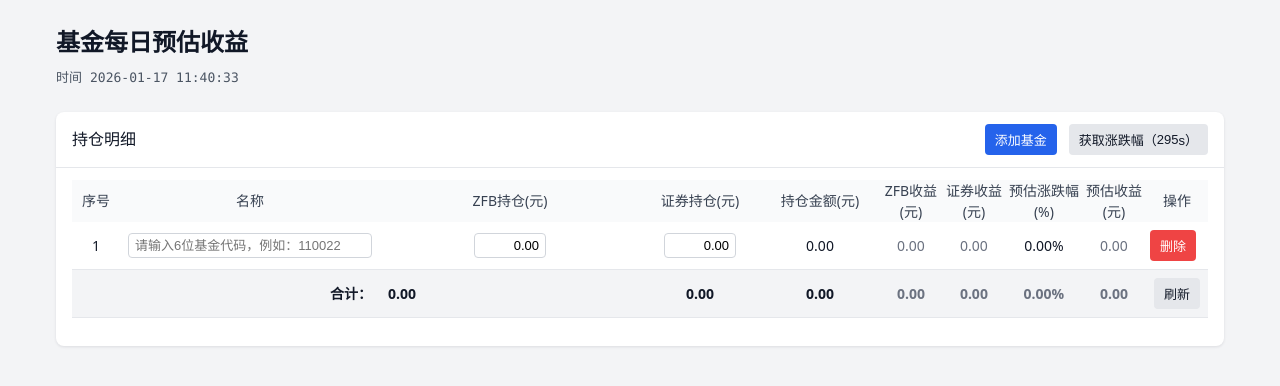
Repository: zt-boom/finance
Page: index.html
These files come from the project's save history. The page is drawn as it stood at one moment and after the next save; the edit follows.
The browser window is 1280 px wide. The pictures show the whole page.

Above is the page before, as saved 2026-01-17 15:39:53.

### index.html
<!DOCTYPE html>
<html lang="zh-CN">
<head>
<meta charset="UTF-8">
<title>基金每日预估收益</title>
<meta name="viewport" content="width=device-width,initial-scale=1">
<link rel="stylesheet" href="./style.css">
</head>
<body>
<div class="app">
<header class="app-header">
<h1>基金每日预估收益</h1>
<div class="date-row">
<span>时间</span>
<span id="current-date"></span>
</div>
</header>
<main class="app-main">
<section class="card">
<div class="card-header">
<h2>持仓明细</h2>
<div class="card-header-actions">
<button id="add-fund-btn" class="primary-button">添加基金</button>
<button id="fetch-percent-btn" class="secondary-button">
获取涨跌幅（<span id="auto-refresh-countdown">300</span>s）
</button>
</div>
</div>
<div class="card-body">
<div class="table-wrapper">
<table class="fund-table">
<thead>
<tr>
<th class="index-col">序号</th>
<th>名称</th>
<th>ZFB持仓(元)</th>
<th>证券持仓(元)</th>
<th>持仓金额(元)</th>
<th>ZFB收益(元)</th>
<th>证券收益(元)</th>
<th>预估涨跌幅(%)</th>
<th>预估收益(元)</th>
<th>操作</th>
</tr>
</thead>
<tbody id="fund-table-body"></tbody>
<tfoot>
<tr class="summary-row">
<td colspan="2">合计：</td>
<td><span id="total-zfb-amount">0.00</span></td>
<td><span id="total-stock-amount">0.00</span></td>
<td><span id="total-amount">0.00</span></td>
<td><span id="total-zfb-profit">0.00</span></td>
<td><span id="total-stock-profit">0.00</span></td>
<td><span id="total-percent">0.00%</span></td>
<td><span id="total-profit">0.00</span></td>
<td><button id="summary-refresh-btn" class="secondary-button">刷新</button></td>
</tr>
</tfoot>
</table>
</div>
</div>
</section>
</main>
</div>
<script src="./main.js"></script>
</body>
</html>

### style.css
* {
box-sizing: border-box;
margin: 0;
padding: 0;
}

body {
font-family: system-ui, -apple-system, BlinkMacSystemFont, "Segoe UI", sans-serif;
background-color: #f3f4f6;
color: #111827;
line-height: 1.5;
}

.app {
max-width: 1200px;
margin: 0 auto;
padding: 24px 16px 40px;
}

.app-header {
display: flex;
flex-direction: column;
gap: 8px;
margin-bottom: 24px;
}

.app-header h1 {
font-size: 24px;
font-weight: 600;
color: #111827;
}

.date-row {
display: flex;
gap: 8px;
align-items: center;
font-size: 13px;
color: #4b5563;
}

.date-row span:last-child {
font-family: ui-monospace, SFMono-Regular, Menlo, Monaco, Consolas, "Liberation Mono", "Courier New", monospace;
font-variant-numeric: tabular-nums;
}

.app-main {
display: flex;
flex-direction: column;
gap: 16px;
}

.card {
background-color: #ffffff;
border-radius: 8px;
box-shadow: 0 1px 3px rgba(15, 23, 42, 0.1);
overflow: hidden;
}

.card-header {
display: flex;
justify-content: space-between;
align-items: center;
padding: 12px 16px;
border-bottom: 1px solid #e5e7eb;
}

.card-header h2 {
font-size: 16px;
font-weight: 500;
}

.card-header-actions {
display: flex;
align-items: center;
gap: 12px;
}

.card-body {
padding: 12px 16px 16px;
}

.table-wrapper {
overflow-x: auto;
margin-bottom: 12px;
}

.fund-table {
width: 100%;
border-collapse: collapse;
font-size: 14px;
}

.fund-table td {
border-bottom: 1px solid #e5e7eb;
padding: 8px;
text-align: left;
}

.fund-table th.index-col,
.fund-table td[data-role="row-index"] {
width: 48px;
text-align: center;
cursor: grab;
}

.fund-table td:nth-child(3),
.fund-table td:nth-child(4),
.fund-table td:nth-child(5),
.fund-table td:nth-child(6),
.fund-table td:nth-child(7),
.fund-table td:nth-child(8),
.fund-table td:nth-child(9) {
text-align: center;
white-space: nowrap;
}

.fund-table thead {
background-color: #f9fafb;
}

.fund-table th {
font-weight: 500;
color: #374151;
text-align: center;
}

.fund-table tbody tr:nth-child(even) {
background-color: #f9fafb;
}

.fund-table tbody tr:hover {
background-color: #eef2ff;
}

.fund-table tr.dragging {
opacity: 0.7;
}

.fund-table input {
width: 100%;
padding: 4px 6px;
font-size: 13px;
border-radius: 4px;
border: 1px solid #d1d5db;
outline: none;
text-align: right;
}

.fund-table input.narrow-number-input {
width: 72px;
margin: 0 auto;
}

.fund-table th:nth-child(3),
.fund-table td:nth-child(3),
.fund-table th:nth-child(4),
.fund-table td:nth-child(4) {
width: 120px;
}

.fund-table td:nth-child(2) input {
text-align: left;
}

.fund-table th:nth-child(2),
.fund-table td:nth-child(2) {
width: 260px;
}

.fund-table th:nth-child(10),
.fund-table td:nth-child(10) {
padding-left: 0;
text-align: center;
}

.fund-table input[type="number"]::-webkit-outer-spin-button,
.fund-table input[type="number"]::-webkit-inner-spin-button {
-webkit-appearance: none;
margin: 0;
}

.fund-table input[type="number"] {
-moz-appearance: textfield;
}

.fund-table input:focus {
border-color: #2563eb;
box-shadow: 0 0 0 1px rgba(37, 99, 235, 0.2);
}

.value-positive {
color: #ef4444;
}

.value-negative {
color: #10b981;
}

.value-zero {
color: #6b7280;
}

.summary-row td {
font-weight: 600;
color: #111827;
background-color: #f3f4f6;
}

.summary-row td:first-child {
text-align: right;
padding-right: 8px;
}

.summary-items {
display: flex;
flex-wrap: wrap;
gap: 4px 16px;
justify-content: flex-end;
align-items: center;
}

#auto-refresh-countdown {
display: inline-block;
width: 3ch;
text-align: right;
}

.summary-items span {
font-weight: 500;
white-space: nowrap;
}

.summary-left {
display: flex;
flex-wrap: wrap;
gap: 4px 16px;
align-items: center;
}

.summary-items span strong {
font-size: 18px;
margin-left: 4px;
font-family: ui-monospace, SFMono-Regular, Menlo, Monaco, Consolas, "Liberation Mono", "Courier New", monospace;
}

#total-amount {
color: #111827;
}

.primary-button,
.secondary-button,
.danger-button {
border-radius: 4px;
border: none;
cursor: pointer;
font-size: 13px;
padding: 6px 10px;
display: flex;
align-items: center;
justify-content: center;
}

.primary-button {
background-color: #2563eb;
color: #ffffff;
}

.primary-button:hover {
background-color: #1d4ed8;
}

.secondary-button {
background-color: #e5e7eb;
color: #111827;
}

.secondary-button:hover {
background-color: #d1d5db;
}

.danger-button {
background-color: #ef4444;
color: #ffffff;
margin: 0 auto;
}

.danger-button:hover {
background-color: #dc2626;
}

.actions-row {
display: none;
}

.instructions {
font-size: 13px;
color: #4b5563;
}

.instructions ol {
padding-left: 18px;
display: flex;
flex-direction: column;
gap: 4px;
}

@media (max-width: 640px) {
.app {
padding-inline: 12px;
}
.card-header {
flex-direction: column;
gap: 8px;
align-items: flex-start;
}
}

### main.js
const STORAGE_KEY = "fund_holdings_v1";
let dragSourceRow = null;

function handleRowDragStart(event) {
const cell = event.currentTarget;
const row = cell.parentElement;
dragSourceRow = row;
row.classList.add("dragging");
if (event.dataTransfer) {
event.dataTransfer.effectAllowed = "move";
event.dataTransfer.setData("text/plain", "");
}
}

function handleRowDragOver(event) {
event.preventDefault();
if (event.dataTransfer) {
event.dataTransfer.dropEffect = "move";
}
}

function handleRowDrop(event) {
event.preventDefault();
const targetCell = event.currentTarget;
const targetRow = targetCell.parentElement;
if (!dragSourceRow || dragSourceRow === targetRow) {
return;
}
const tbody = targetRow.parentElement;
const rows = Array.from(tbody.querySelectorAll('tr[data-role="fund-row"]'));
const sourceIndex = rows.indexOf(dragSourceRow);
const targetIndex = rows.indexOf(targetRow);
if (sourceIndex === -1 || targetIndex === -1) {
return;
}
if (sourceIndex < targetIndex) {
tbody.insertBefore(dragSourceRow, targetRow.nextSibling);
} else {
tbody.insertBefore(dragSourceRow, targetRow);
}
}

function handleRowDragEnd() {
const rows = document.querySelectorAll('tr[data-role="fund-row"]');
rows.forEach(row => {
row.classList.remove("dragging");
});
dragSourceRow = null;
updateRowIndices();
handleStorageUpdate();
calculateProfit();
}

function formatCurrency(value) {
if (Number.isNaN(value)) return "0.00";
return value.toFixed(2);
}

function formatNumber(value) {
if (Number.isNaN(value)) return "";
return value.toFixed(2);
}

function getTodayDateString() {
const now = new Date();
const year = String(now.getFullYear());
const month = String(now.getMonth() + 1).padStart(2, "0");
const day = String(now.getDate()).padStart(2, "0");
const hours = String(now.getHours()).padStart(2, "0");
const minutes = String(now.getMinutes()).padStart(2, "0");
const seconds = String(now.getSeconds()).padStart(2, "0");
return `${year}-${month}-${day} ${hours}:${minutes}:${seconds}`;
}

const fundJsonpRequests = [];

function ensureJsonpHandler() {
if (window._fundJsonpInitialized) {
return;
}
window._fundJsonpInitialized = true;
window.jsonpgz = function (data) {
if (!data || !data.fundcode) {
return;
}
const code = data.fundcode;
while (true) {
let index = -1;
for (let i = 0; i < fundJsonpRequests.length; i += 1) {
if (fundJsonpRequests[i].code === code) {
index = i;
break;
}
}
if (index === -1) {
break;
}
const request = fundJsonpRequests.splice(index, 1)[0];
try {
const value = request.transform ? request.transform(data) : data;
request.resolve(value);
} catch (e) {
if (request.reject) {
if (e instanceof Error) {
request.reject(e);
} else {
request.reject(new Error("解析基金数据失败"));
}
}
}
}
};
}

function fetchFundEstimate(code) {
return new Promise((resolve, reject) => {
if (!code) {
reject(new Error("缺少基金代码"));
return;
}
ensureJsonpHandler();
fundJsonpRequests.push({
code,
resolve,
reject,
transform: data => {
const percent = parseFloat(data.gszzl);
if (Number.isNaN(percent)) {
throw new Error("无效的涨跌幅数据");
}
return percent;
}
});
const script = document.createElement("script");
script.src = `https://fundgz.1234567.com.cn/js/${code}.js?rt=${Date.now()}`;
script.onerror = () => {
for (let i = 0; i < fundJsonpRequests.length; i += 1) {
if (fundJsonpRequests[i].code === code) {
const request = fundJsonpRequests.splice(i, 1)[0];
request.reject(new Error("获取基金数据失败"));
break;
}
}
};
document.body.appendChild(script);
});
}

function fetchFundInfo(code) {
return new Promise((resolve, reject) => {
if (!code) {
reject(new Error("缺少基金代码"));
return;
}
ensureJsonpHandler();
fundJsonpRequests.push({
code,
resolve,
reject,
transform: data => data
});
const script = document.createElement("script");
script.src = `https://fundgz.1234567.com.cn/js/${code}.js?rt=${Date.now()}`;
script.onerror = () => {
for (let i = 0; i < fundJsonpRequests.length; i += 1) {
if (fundJsonpRequests[i].code === code) {
const request = fundJsonpRequests.splice(i, 1)[0];
request.reject(new Error("获取基金数据失败"));
break;
}
}
};
document.body.appendChild(script);
});
}

function parseFundCodeFromName(name) {
if (!name) return null;
const match = name.match(/(\d{6})/);
if (!match) {
return null;
}
return match[1];
}

function loadHoldingsFromStorage() {
try {
const raw = window.localStorage.getItem(STORAGE_KEY);
if (!raw) return [];
const parsed = JSON.parse(raw);
if (!Array.isArray(parsed)) return [];
return parsed;
} catch (e) {
return [];
}
}

function saveHoldingsToStorage(holdings) {
try {
const serialized = JSON.stringify(holdings);
window.localStorage.setItem(STORAGE_KEY, serialized);
} catch (e) {
}
}

function createTableRow(fund) {
const tr = document.createElement("tr");
const indexTd = document.createElement("td");
const nameTd = document.createElement("td");
const zfbAmountTd = document.createElement("td");
const stockAmountTd = document.createElement("td");
const amountTd = document.createElement("td");
const zfbProfitTd = document.createElement("td");
const stockProfitTd = document.createElement("td");
const percentTd = document.createElement("td");
const profitTd = document.createElement("td");
const actionsTd = document.createElement("td");
const nameInput = document.createElement("input");
nameInput.type = "text";
nameInput.value = fund.name || "";
nameInput.placeholder = "请输入6位基金代码，例如：110022";
nameInput.addEventListener("change", handleStorageUpdate);
nameInput.addEventListener("keydown", event => {
if (event.key === "Enter") {
event.preventDefault();
const raw = nameInput.value.trim();
const code = parseFundCodeFromName(raw);
if (!code) {
window.alert("请先输入6位基金代码");
return;
}
const rows = document.querySelectorAll('tr[data-role="fund-row"]');
let duplicate = false;
rows.forEach(row => {
const inputs = row.querySelectorAll("input");
const otherNameInput = inputs[0];
if (!otherNameInput || otherNameInput === nameInput) {
return;
}
const otherCode = parseFundCodeFromName(otherNameInput.value.trim());
if (otherCode && otherCode === code) {
duplicate = true;
}
});
if (duplicate) {
window.alert("该基金代码已存在，请不要重复添加");
return;
}
nameInput.disabled = true;
fetchFundInfo(code).then(data => {
nameInput.disabled = false;
if (!data || !data.name) {
window.alert("未能获取基金名称，请检查基金代码");
return;
}
nameInput.value = `${code}  ${data.name}`;
handleStorageUpdate();
}).catch(() => {
nameInput.disabled = false;
window.alert("未能获取基金名称，请检查基金代码或网络连接");
});
}
});
const zfbInput = document.createElement("input");
zfbInput.type = "number";
zfbInput.step = "0.01";
zfbInput.min = "0";
zfbInput.value = fund.zfbAmount != null ? formatCurrency(Number(fund.zfbAmount)) : "0.00";
zfbInput.addEventListener("blur", () => {
const value = parseFloat(zfbInput.value);
const normalized = Number.isNaN(value) ? 0 : value;
zfbInput.value = formatCurrency(normalized);
});
zfbInput.addEventListener("input", () => {
calculateProfit();
});
zfbInput.addEventListener("change", () => {
handleStorageUpdate();
calculateProfit();
});
zfbInput.className = "narrow-number-input";
const stockInput = document.createElement("input");
stockInput.type = "number";
stockInput.step = "0.01";
stockInput.min = "0";
stockInput.value = fund.stockAmount != null ? formatCurrency(Number(fund.stockAmount)) : "0.00";
stockInput.addEventListener("blur", () => {
const value = parseFloat(stockInput.value);
const normalized = Number.isNaN(value) ? 0 : value;
stockInput.value = formatCurrency(normalized);
});
stockInput.addEventListener("input", () => {
calculateProfit();
});
stockInput.addEventListener("change", () => {
handleStorageUpdate();
calculateProfit();
});
stockInput.className = "narrow-number-input";
const amountSpan = document.createElement("span");
amountSpan.dataset.role = "amount-display";
amountSpan.textContent = "0.00";
const zfbProfitSpan = document.createElement("span");
zfbProfitSpan.textContent = "0.00";
const stockProfitSpan = document.createElement("span");
stockProfitSpan.textContent = "0.00";
const percentSpan = document.createElement("span");
percentSpan.textContent = "0.00%";
const profitSpan = document.createElement("span");
profitSpan.textContent = "0.00";
const deleteButton = document.createElement("button");
deleteButton.textContent = "删除";
deleteButton.className = "danger-button";
deleteButton.addEventListener("click", () => {
const inputs = tr.querySelectorAll("input");
const nameValue = inputs[0] ? inputs[0].value.trim() : "";
const zfbValue = inputs[1] ? inputs[1].value.trim() : "";
const stockValue = inputs[2] ? inputs[2].value.trim() : "";
const isEmptyRow = !nameValue && !zfbValue && !stockValue;
if (!isEmptyRow) {
const confirmed = window.confirm("确定要删除这条持仓记录吗？");
if (!confirmed) {
return;
}
}
tr.remove();
handleStorageUpdate();
calculateProfit();
updateRowIndices();
});
indexTd.dataset.role = "row-index";
indexTd.draggable = true;
indexTd.addEventListener("dragstart", handleRowDragStart);
indexTd.addEventListener("dragover", handleRowDragOver);
indexTd.addEventListener("drop", handleRowDrop);
indexTd.addEventListener("dragend", handleRowDragEnd);
zfbProfitTd.dataset.role = "zfb-profit-cell";
stockProfitTd.dataset.role = "stock-profit-cell";
percentTd.dataset.role = "percent-cell";
profitTd.dataset.role = "profit-cell";
nameTd.appendChild(nameInput);
zfbAmountTd.appendChild(zfbInput);
stockAmountTd.appendChild(stockInput);
amountTd.appendChild(amountSpan);
zfbProfitTd.appendChild(zfbProfitSpan);
stockProfitTd.appendChild(stockProfitSpan);
percentTd.appendChild(percentSpan);
profitTd.appendChild(profitSpan);
actionsTd.appendChild(deleteButton);
tr.appendChild(indexTd);
tr.appendChild(nameTd);
tr.appendChild(zfbAmountTd);
tr.appendChild(stockAmountTd);
tr.appendChild(amountTd);
tr.appendChild(zfbProfitTd);
tr.appendChild(stockProfitTd);
tr.appendChild(percentTd);
tr.appendChild(profitTd);
tr.appendChild(actionsTd);
tr.dataset.role = "fund-row";
return tr;
}

function readHoldingsFromTable() {
const rows = document.querySelectorAll('tr[data-role="fund-row"]');
const holdings = [];
rows.forEach(row => {
const inputs = row.querySelectorAll("input");
const nameInput = inputs[0];
const zfbInput = inputs[1];
const stockInput = inputs[2];
const name = nameInput.value.trim();
const zfbAmount = parseFloat(zfbInput.value);
const stockAmount = parseFloat(stockInput.value);
const hasZfb = !Number.isNaN(zfbAmount) && zfbAmount > 0;
const hasStock = !Number.isNaN(stockAmount) && stockAmount > 0;
if (!name && !hasZfb && !hasStock) {
return;
}
holdings.push({
name,
zfbAmount: hasZfb ? zfbAmount : 0,
stockAmount: hasStock ? stockAmount : 0
});
});
return holdings;
}

function handleStorageUpdate() {
const holdings = readHoldingsFromTable();
saveHoldingsToStorage(holdings);
}

function populateTableFromStorage() {
const tbody = document.getElementById("fund-table-body");
tbody.innerHTML = "";
const holdings = loadHoldingsFromStorage();
if (holdings.length === 0) {
const row = createTableRow({ name: "", zfbAmount: null, stockAmount: null });
tbody.appendChild(row);
updateRowIndices();
calculateProfit();
return;
}
holdings.forEach(fund => {
const row = createTableRow({
name: fund.name || "",
zfbAmount: fund.zfbAmount != null ? fund.zfbAmount : null,
stockAmount: fund.stockAmount != null ? fund.stockAmount : null
});
tbody.appendChild(row);
});
updateRowIndices();
calculateProfit();
}

function calculateProfit() {
const rows = document.querySelectorAll('tr[data-role="fund-row"]');
let totalZfbAmount = 0;
let totalStockAmount = 0;
let totalZfbProfit = 0;
let totalStockProfit = 0;
let totalProfit = 0;
let totalHoldingAmount = 0;
rows.forEach(row => {
const inputs = row.querySelectorAll("input");
const zfbInput = inputs[1];
const stockInput = inputs[2];
const amountSpan = row.querySelector('span[data-role="amount-display"]');
const percentCell = row.querySelector('td[data-role="percent-cell"] span');
const profitCell = row.querySelector('td[data-role="profit-cell"] span');
const zfbProfitCell = row.querySelector('td[data-role="zfb-profit-cell"] span');
const stockProfitCell = row.querySelector('td[data-role="stock-profit-cell"] span');
const zfbAmount = zfbInput ? parseFloat(zfbInput.value) : NaN;
const stockAmount = stockInput ? parseFloat(stockInput.value) : NaN;
const normalizedZfb = Number.isNaN(zfbAmount) ? 0 : zfbAmount;
const normalizedStock = Number.isNaN(stockAmount) ? 0 : stockAmount;
const amount = normalizedZfb + normalizedStock;
const percent = percentCell ? parseFloat(percentCell.textContent) : NaN;
totalZfbAmount += normalizedZfb;
totalStockAmount += normalizedStock;
if (amountSpan) {
amountSpan.textContent = formatCurrency(amount);
}
if (amount > 0) {
totalHoldingAmount += amount;
}
if (amount <= 0 || Number.isNaN(percent)) {
if (zfbProfitCell) {
zfbProfitCell.textContent = "0.00";
applyProfitColor(zfbProfitCell, 0);
}
if (stockProfitCell) {
stockProfitCell.textContent = "0.00";
applyProfitColor(stockProfitCell, 0);
}
if (profitCell) {
profitCell.textContent = "0.00";
applyProfitColor(profitCell, 0);
}
return;
}
const zfbProfit = normalizedZfb * percent / 100;
const stockProfit = normalizedStock * percent / 100;
const profit = zfbProfit + stockProfit;
totalZfbProfit += zfbProfit;
totalStockProfit += stockProfit;
totalProfit += profit;
if (zfbProfitCell) {
zfbProfitCell.textContent = formatCurrency(zfbProfit);
applyProfitColor(zfbProfitCell, zfbProfit);
}
if (stockProfitCell) {
stockProfitCell.textContent = formatCurrency(stockProfit);
applyProfitColor(stockProfitCell, stockProfit);
}
if (profitCell) {
profitCell.textContent = formatCurrency(profit);
applyProfitColor(profitCell, profit);
}
});
const totalZfbAmountElement = document.getElementById("total-zfb-amount");
if (totalZfbAmountElement) {
totalZfbAmountElement.textContent = formatCurrency(totalZfbAmount);
}
const totalStockAmountElement = document.getElementById("total-stock-amount");
if (totalStockAmountElement) {
totalStockAmountElement.textContent = formatCurrency(totalStockAmount);
}
const totalAmountElement = document.getElementById("total-amount");
if (totalAmountElement) {
totalAmountElement.textContent = formatCurrency(totalHoldingAmount);
}
const totalPercentElement = document.getElementById("total-percent");
if (totalPercentElement) {
const totalPercent = totalHoldingAmount > 0 ? (totalProfit / totalHoldingAmount) * 100 : 0;
totalPercentElement.textContent = `${formatNumber(totalPercent)}%`;
applyProfitColor(totalPercentElement, totalPercent);
}
const totalZfbProfitElement = document.getElementById("total-zfb-profit");
if (totalZfbProfitElement) {
totalZfbProfitElement.textContent = formatCurrency(totalZfbProfit);
applyProfitColor(totalZfbProfitElement, totalZfbProfit);
}
const totalStockProfitElement = document.getElementById("total-stock-profit");
if (totalStockProfitElement) {
totalStockProfitElement.textContent = formatCurrency(totalStockProfit);
applyProfitColor(totalStockProfitElement, totalStockProfit);
}
const totalProfitElement = document.getElementById("total-profit");
totalProfitElement.textContent = formatCurrency(totalProfit);
applyProfitColor(totalProfitElement, totalProfit);
}

function autoFetchPercentages(options) {
const useButton = !options || options.useButton !== false;
const showAlert = !options || options.showAlert !== false;
const rows = document.querySelectorAll('tr[data-role="fund-row"]');
const promises = [];
rows.forEach(row => {
const inputs = row.querySelectorAll("input");
const nameInput = inputs[0];
const name = nameInput ? nameInput.value.trim() : "";
const code = parseFundCodeFromName(name);
if (!code) {
return;
}
const percentCell = row.querySelector('td[data-role="percent-cell"] span');
if (!percentCell) {
return;
}
const promise = fetchFundEstimate(code).then(percent => {
const value = formatNumber(percent);
percentCell.textContent = `${value}%`;
return true;
}).catch(() => false);
promises.push(promise);
});
if (promises.length === 0) {
if (showAlert) {
window.alert("请先在名称中输入包含6位基金代码的内容");
}
return;
}
const fetchButton = useButton ? document.getElementById("fetch-percent-btn") : null;
if (fetchButton) {
fetchButton.disabled = true;
}
Promise.all(promises).then(results => {
const successCount = results.filter(Boolean).length;
if (fetchButton) {
fetchButton.disabled = false;
}
if (successCount === 0) {
if (showAlert) {
window.alert("未能获取任何基金的预估涨跌幅，请检查基金代码或网络连接");
}
return;
}
calculateProfit();
});
}

function applyProfitColor(element, value) {
if (!element) {
return;
}
element.classList.remove("value-positive", "value-negative", "value-zero");
if (Number.isNaN(value)) {
return;
}
if (value > 0) {
element.classList.add("value-positive");
} else if (value < 0) {
element.classList.add("value-negative");
} else {
element.classList.add("value-zero");
}
}

function initApp() {
const dateElement = document.getElementById("current-date");
if (dateElement) {
dateElement.textContent = getTodayDateString();
}
populateTableFromStorage();
const addFundButton = document.getElementById("add-fund-btn");
const fetchPercentButton = document.getElementById("fetch-percent-btn");
const summaryRefreshButton = document.getElementById("summary-refresh-btn");
const countdownElement = document.getElementById("auto-refresh-countdown");
const autoRefreshSeconds = 300;
let remainingSeconds = autoRefreshSeconds;
function updateCountdown() {
if (countdownElement) {
countdownElement.textContent = String(remainingSeconds);
}
}
function resetCountdown() {
remainingSeconds = autoRefreshSeconds;
updateCountdown();
}
updateCountdown();
if (addFundButton) {
addFundButton.addEventListener("click", () => {
const tbody = document.getElementById("fund-table-body");
const row = createTableRow({ name: "", amount: null });
tbody.appendChild(row);
updateRowIndices();
});
}
if (fetchPercentButton) {
fetchPercentButton.addEventListener("click", () => {
autoFetchPercentages({ useButton: true, showAlert: true });
resetCountdown();
});
}
if (summaryRefreshButton) {
summaryRefreshButton.addEventListener("click", () => {
autoFetchPercentages({ useButton: true, showAlert: true });
resetCountdown();
});
}
if (dateElement) {
setInterval(() => {
dateElement.textContent = getTodayDateString();
}, 1000);
}
setInterval(() => {
remainingSeconds -= 1;
if (remainingSeconds <= 0) {
autoFetchPercentages({ useButton: false, showAlert: false });
remainingSeconds = autoRefreshSeconds;
}
updateCountdown();
}, 1000);
}

function updateRowIndices() {
const rows = document.querySelectorAll('tr[data-role="fund-row"]');
rows.forEach((row, index) => {
const indexCell = row.querySelector('td[data-role="row-index"]');
if (indexCell) {
indexCell.textContent = String(index + 1);
}
});
}

if (document.readyState === "loading") {
document.addEventListener("DOMContentLoaded", initApp);
} else {
initApp();
}

After the next save:
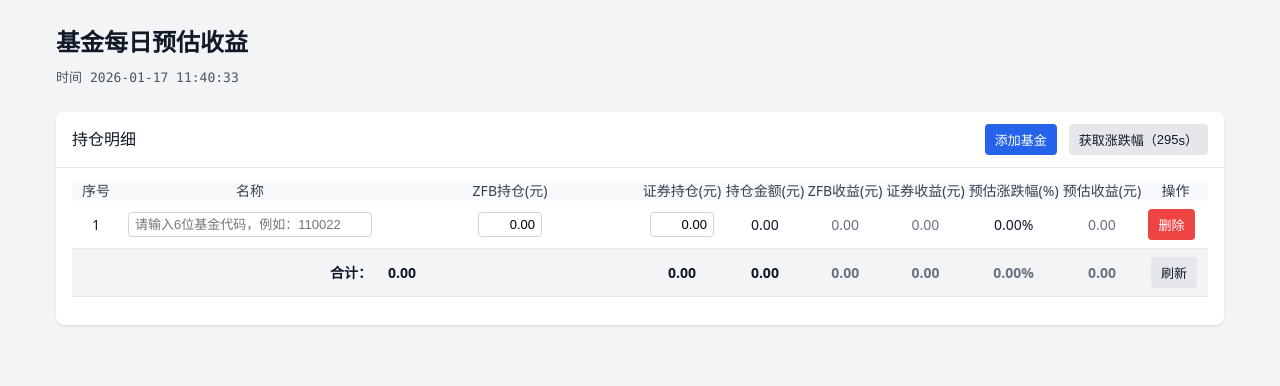
Saved 76 s later.
--- a/style.css
+++ b/style.css
@@ -147,15 +147,8 @@ text-align: right;
 }
 
 .fund-table input.narrow-number-input {
-width: 72px;
+width: 64px;
 margin: 0 auto;
-}
-
-.fund-table th:nth-child(3),
-.fund-table td:nth-child(3),
-.fund-table th:nth-child(4),
-.fund-table td:nth-child(4) {
-width: 120px;
 }
 
 .fund-table td:nth-child(2) input {
